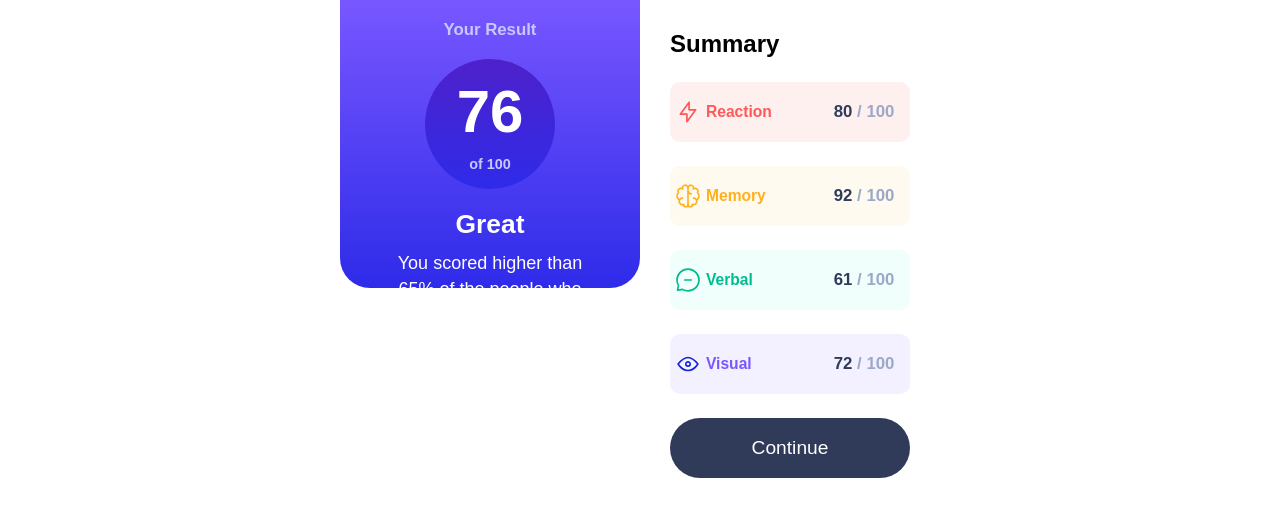
Repository: limaneto/frontend-mentor-results-summary
Page: index.html
An editor plug-in stored every save of this project. The page is shown before and after the next save, followed by the edit.
The browser window is 1280 px wide. The pictures show the whole page.

Above is the page before, as saved 2023-11-06 10:28:37.

After the next save:
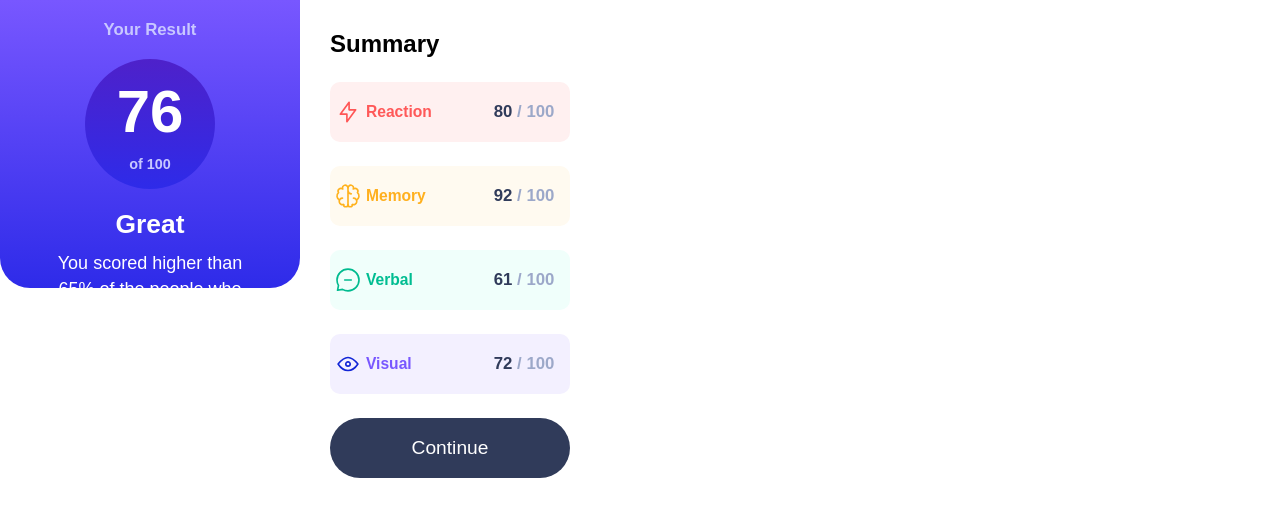
Saved 2 min 12 s later.
--- a/style.css
+++ b/style.css
@@ -164,6 +164,9 @@ summary > button {
 
 @media screen and (min-width: 768px) {
   html, body {
+    display: flex;
+    align-items: center;
+    justify-self: center;
     font-size: 75%;
   }
 
